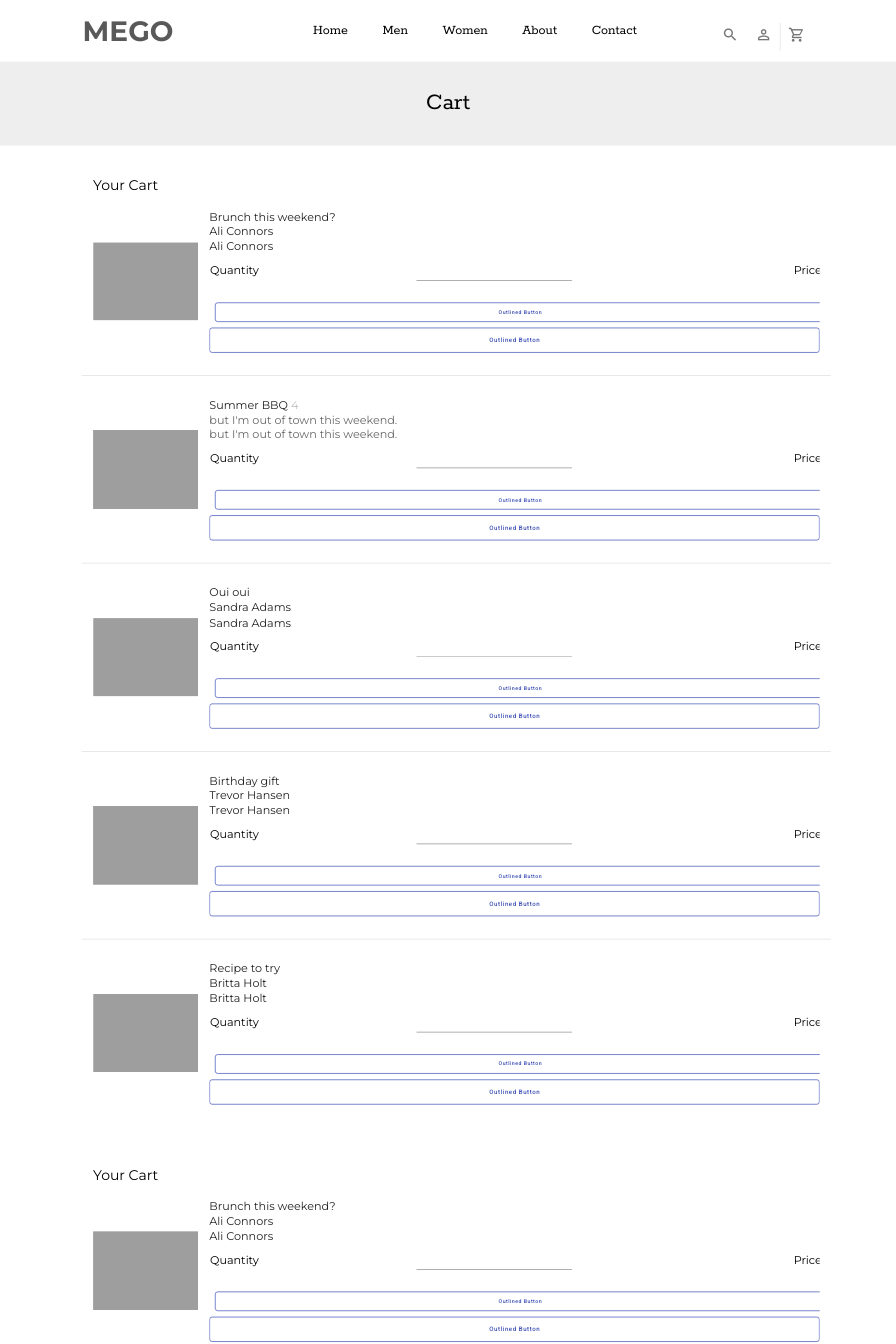
Repository: nguyenphuong152/mego-frontend
Page: /cart (app in frontend/)
An editor plug-in stored every save of this project. The page is shown before and after the next save, followed by the edit.
The browser window is 1280 px wide. The pictures show the part of the page from y = 0 to 1920 px (the page is 3144 px tall before and 3224 px after), at 70% of full size.
Pictures or frames that could not be fetched are drawn as grey boxes. The project was rebuilt for these pictures with package versions that can differ from the ones it lists, and the page was loaded fresh each time. Also part of the build but not shown: frontend/vue.config.js, frontend/src/components/Customer/Collection.vue, frontend/src/components/Customer/Banner.vue, frontend/src/components/Customer/BestSeller.vue, frontend/src/components/Customer/Partner.vue, frontend/src/views/Customer/Home.vue, frontend/src/components/Customer/ProductCategory.vue, frontend/src/components/Customer/ProductView.vue and 10 more. Imported but missing from the stored project, and not drawn on this page: frontend/src/views/Admin/Category.vue, frontend/src/views/Admin/ManageProduct.vue, frontend/src/views/Admin/ManageUser.vue, frontend/src/views/Admin/OrderList.vue.

Above is the page before, as saved 2020-11-26 16:55:14.

### frontend/public/index.html
<!DOCTYPE html>
<html lang="en">
  <head>
    <meta charset="utf-8">
    <head>
      <title>MEGO</title>
    </head>
    <meta http-equiv="X-UA-Compatible" content="IE=edge">
    <meta name="viewport" content="width=device-width,initial-scale=1.0">
    <link rel="icon" href="<%= BASE_URL %>favicon.ico">
    <title><%= htmlWebpackPlugin.options.title %></title>
    <link href="https://fonts.googleapis.com/css?family=Montserrat:300,400,500,600,700" rel="stylesheet">
    <link href="https://fonts.googleapis.com/css?family=Rokkitt:100,300,400,700" rel="stylesheet">
    <link rel="stylesheet" href="https://fonts.googleapis.com/css?family=Roboto:100,300,400,500,700,900">
    <link rel="stylesheet" href="https://cdn.jsdelivr.net/npm/@mdi/font@latest/css/materialdesignicons.min.css">
  </head>
  <body>
    <noscript>
      <strong>We're sorry but <%= htmlWebpackPlugin.options.title %> doesn't work properly without JavaScript enabled. Please enable it to continue.</strong>
    </noscript>
    <div id="app"></div>
    <!-- built files will be auto injected -->
  </body>
</html>

### frontend/src/main.js
import Vue from 'vue'
import App from './App.vue'
import vuetify from './plugins/vuetify';
import router from './router'
import '../sass/style.scss'
import 'bootstrap/dist/css/bootstrap.css'
import 'bootstrap-vue/dist/bootstrap-vue.css'
import { BootstrapVue, IconsPlugin } from 'bootstrap-vue'

Vue.use(BootstrapVue)
// Optionally install the BootstrapVue icon components plugin
Vue.use(IconsPlugin)
Vue.config.productionTip = false

new Vue({
  vuetify,
  router,
  render: h => h(App)
}).$mount('#app')

### frontend/src/App.vue
<template>
  <v-app app>
    <v-container v-if="!['Admin', 'Banner', 'Category','Product','ManageUser','OrderList','Dashboard'].includes($route.name)">
      <Toolbar />
    </v-container>
    <v-main>
      <router-view></router-view>
    </v-main>
      <Footer v-if="!['Admin', 'Banner', 'Category','Product','ManageUser','OrderList','Dashboard'].includes($route.name)"/>
  </v-app>

</template>

<script>

import Footer from "./components/Customer/Footer";
import Toolbar from "./components/Customer/Toolbar";

export default {
  name: "App",

  components: {
    Toolbar,
    Footer
  },

  data: () => ({
    //
  }),
};
</script>

### frontend/src/plugins/vuetify.js
import Vue from 'vue';
import Vuetify from 'vuetify/lib';


Vue.use(Vuetify);

const vuetify = new Vuetify({
    theme: {
      themes: {
        light: {
          primary: '#000',
          secondary: '#b0bec5',
          accent: '#8c9eff',
          error: '#b71c1c',
        },
      },
    },
  })

export default new Vuetify({
    vuetify,
});

### frontend/src/router/index.js
import Vue from "vue";
import VueRouter from "vue-router";
import Home from "../views/Customer/Home.vue";
import Men from "../views/Customer/Men.vue";
import Women from "../views/Customer/Women.vue";
import Admin from "../views/Admin/Admin.vue";
import Product from "../views/Admin/ManageProduct.vue";
import Banner from "../views/Admin/Banner.vue";
import Category from "../views/Admin/Category.vue";
import ManageUser from "../views/Admin/ManageUser.vue";
import OrderList from "../views/Admin/OrderList.vue";
import Dashboard from "../views/Admin/Dashboard.vue"
//import ProductDetail from "../views/ProductDetail.vue"

Vue.use(VueRouter);

const routes = [
  {
    path: "/",
    name: "Home",
    component: Home,
  },
  {
    path: "/men",
    name: "Men",
    component: Men,
  },
  {
    path: "/women",
    name: "Women",
    component: Women,
  },
  {
    path: "/about",
    name: "About",
    // route level code-splitting
    // this generates a separate chunk (about.[hash].js) for this route
    // which is lazy-loaded when the route is visited.
    component: () =>
      import(/* webpackChunkName: "about" */ "../views/Customer/About.vue"),
  },
  {
    path: "/contact",
    name: "Contact",
    component: () =>
      import(/* webpackChunkName: "about" */ "../views/Customer/Contact.vue"),
  },
  {
    path: "/cart",
    name: "Cart",
    component: () =>
      import(/* webpackChunkName: "about" */ "../views/Customer/Cart.vue"),
  },
  {
    path: "/account",
    name: "Account",
    component: () =>
      import(/* webpackChunkName: "about" */ "../views/Customer/Account.vue"),
  },
  {
    path: "/userlogin",
    name: "UserLogin",
    component: () =>
      import(/* webpackChunkName: "about" */ "../views/Customer/UserLogin.vue"),
  },
  {
    path: "/checkout",
    name: "Checkout",
    component: () =>
      import(/* webpackChunkName: "about" */ "../views/Customer/Checkout.vue"),
  },
  {
    path: "/product/:id",
    name: "ProductDetail",
    component: () =>
      import(/* webpackChunkName: "about" */ "../views/Customer/ProductDetail.vue"),
  },
  {
    path: "/admin",
    name: "Admin",
    component: Admin,
    children: [
      {
        path: "/banner",
        name: "Banner",
        component: Banner,
      },
      {
        path: "/category",
        name: "Category",
        component: Category,
      },
      {
        path: "/product",
        name: "Product",
        component: Product,
      },
      {
        path: "/manageuser",
        name: "ManageUser",
        component: ManageUser,
      },
      {
        path: "/orderlist",
        name: "OrderList",
        component: OrderList,
      },
      {
        path: "/dashboard",
        name: "Dashboard",
        component: Dashboard,
      },
    ],
  },
];

const router = new VueRouter({
  mode: "history",
  base: process.env.BASE_URL,
  routes,
});

export default router;

### frontend/sass/style.scss

$font-primary: 'Montserrat',
Arial,
sans-serif;
$font-secondary: 'Rokkitt',
Georgia,
serif;


@import '~vuetify/src/styles/styles.sass';

// Overrides
$grid-gutter-width: 20px !default;
$border-radius-base: 4px !default;
$padding-base-vertical: 14px !default;

$brand-primary: #616161 !default;
$brand-secondary: #88c8bc !default;
$brand-yellow: #FFDD00 !default;
$brand-footer-color: #2C2E3E;

$brand-white: #fff;
$brand-black: #000;
$brand-darker: #444;
$brand-gray: #ccc;
$brand-lighter: #e9e9e9;
$brand-body-color: #e8e8e8;
$brand-selection-color: #f9f6f0;
$brand-overlay-color: #4c4a8a;
$brand-bg-color: $brand-white;

.v-btn {
  text-transform:none !important;
}
// .v-text-field{
//   width: 50px;
//   height: 10px;
// }

#app {
  -webkit-font-smoothing: antialiased;
  -moz-osx-font-smoothing: grayscale;

  text-align: center;
  .container {
    max-width: 1100px;
  }
  font: 300
}

.nav {
  padding-left: 0px;
  a {
    font-size: 20px;
    color: lighten($brand-black,35%);
    font-family: $font-secondary;
    text-decoration: none;
    font-weight: 500;
    &.router-link-exact-active {
      color: #42b983;
    }

  }
}

#logo {
  font-size: 40px;
  font-weight: 700;
  font-family: $font-primary;
  color: lighten($brand-black, 35%);
}


.slogan {
  font-size: 50px;
  color: #2c3e50;
  font-family: $font-secondary;
  text-decoration: none;
}

.title-collection{
  @extend .slogan;
  font-size: 25px;
}


.slogan-3 {
  @extend .slogan;
  font-size: 35px;
}

.title-shoes {
  @extend .slogan;
  font-size: 20px;
}


.footer-text {
  font-family:$font-primary;
  font-size: 16px;
}

.admin {
  font-family: $font-primary;
  font-size:16px;
}

.admin-nav {
  font-family: $font-primary !important;
  font-size: 20px !important;
  color: white !important;
}

### frontend/src/components/Customer/Footer.vue
<template>
  <v-footer class="white" padless>
    <v-row justify="center" no-gutters>
      <v-btn
        v-for="link in links"
        :key="link"
        color="black"
        text
        rounded
        class="my-2 footer-text"
      >
        {{ link }}
      </v-btn>
      <v-col class="white py-4 text-center fluid footer-text" cols="12">
        {{ new Date().getFullYear() }} — <strong>Made with love</strong>
      </v-col>
    </v-row>
  </v-footer>
</template>

<script>
export default {
  data: () => ({
    links: ["Home", "About Us", "Team", "Services", "Blog", "Contact Us"],
  }),
};
</script>

<style></style>

### frontend/src/components/Customer/Toolbar.vue
<template>
  <v-toolbar flat>
    <v-row class="d-flex align-baseline">
      <v-col cols="3" class="d-flex justify-lg-start">
        <v-toolbar-title id="logo">MEGO</v-toolbar-title>
      </v-col>
      <v-col class="d-flex justify-space-around text-start nav">
        <router-link to="/">Home</router-link>
        <router-link to="/men">Men</router-link>
        <router-link to="/women">Women</router-link>
        <router-link to="/about">About</router-link>
        <router-link to="/contact">Contact</router-link>
      </v-col>
      <v-col cols="2" class="d-flex justify-end">
        <v-btn icon>
          <v-icon>mdi-magnify</v-icon>
        </v-btn>
        <v-menu
          open-on-hover
          top
          offset-y
          :position-x="960"
          :position-y="230"
          absolute
        >
          <template v-slot:activator="{ on, attrs }">
            <v-btn icon v-bind="attrs" v-on="on">
              <v-icon>mdi-account-outline</v-icon>
            </v-btn>
          </template>

          <v-list class="text-start nav">
            <v-list-item v-for="(item, index) in routes" :key="index" :to="item.path">
              <v-list-item-title>{{ item.name }}</v-list-item-title>
            </v-list-item>
          </v-list>
        </v-menu>
        <v-divider vertical inset></v-divider>
        <v-btn icon @click="goToCart">
          <v-icon>mdi-cart-outline</v-icon>
        </v-btn>
      </v-col>
    </v-row>
  </v-toolbar>
</template>

<script>
export default {
  data: () => ({
    routes: [
      {
        path:"/checkout",
        name:"Check Out"
       },
       {
        path:"/account",
        name:"My Account"
       },
       {
        path:"/userlogin",
        name:"User Login"
       },

    ],
  }),
  methods: {
     goToCart: function() {
     this.$router.push({name: 'Cart'})
     }
  }
};
</script>

<style></style>

### frontend/src/views/Customer/Cart.vue
<template>
  <div class="cart app">
   <v-sheet color="grey lighten-3" height="120">
      <v-container py-8>
        <a class="slogan-3">Cart</a>
      </v-container>
    </v-sheet>
     <div>
       <v-container>
 <v-row>
         <v-col>
<totalProducts/>
         </v-col>
   <v-col>
<totalProducts/>
         </v-col>
       </v-row>
       </v-container>

  </div>
  </div>
</template>

<script>

import totalProducts from '../../components/Customer/TotalProducts'


export default {
  components: {totalProducts},
   data () {

   }
}
</script>

### frontend/src/components/Customer/TotalProducts.vue
<template>
  <v-container class="app">
    <v-list three-line>
      <template v-for="(item, index) in items">
        <v-subheader
          class="admin-nav black--text"
          v-if="item.header"
          :key="item.header"
          v-text="item.header"
        ></v-subheader>

        <v-divider v-else-if="item.divider" :key="index"></v-divider>

        <v-list-item v-else :key="item.title">
          <v-img :src="item.avatar" max-height="150" max-width="150"></v-img>
          <v-list-item-content class="text-start ml-4">
            <v-list-item-title
              v-html="item.title"
              class="admin"
            ></v-list-item-title>
            <v-list-item-subtitle
              class="admin"
              v-html="item.subtitle"
            ></v-list-item-subtitle>
            <v-list-item-subtitle
              class="admin"
              v-html="item.subtitle"
            ></v-list-item-subtitle>
            <v-row class="pl-4 d-flex align-center">
              <v-col class="pa-0 admin " cols="4">
                <a>Quantity</a>
              </v-col>
              <v-col class="pa-0 admin" cols="3">
                <v-text-field single-line></v-text-field>
              </v-col>
              <v-col class="text-end admin">
                <a> Price</a>
              </v-col>
            </v-row>
            <v-btn  small class="ma-2" outlined color="indigo">
              Outlined Button
            </v-btn>
            <v-btn smallclass="ma-2" outlined color="indigo">
              Outlined Button
            </v-btn>
          </v-list-item-content>
        </v-list-item>
      </template>
    </v-list>
  </v-container>
</template>

<script>
export default {
  data: () => ({
    items: [
      { header: "Your Cart" },
      {
        avatar: "https://cdn.vuetifyjs.com/images/lists/1.jpg",
        title: "Brunch this weekend?",
        subtitle: `<span class="text--primary">Ali Connors</span>`,
      },
      { divider: true, inset: true },
      {
        avatar: "https://cdn.vuetifyjs.com/images/lists/2.jpg",
        title: 'Summer BBQ <span class="grey--text text--lighten-1">4</span>',
        subtitle: `but I'm out of town this weekend.`,
      },
      { divider: true, inset: true },
      {
        avatar: "https://cdn.vuetifyjs.com/images/lists/3.jpg",
        title: "Oui oui",
        subtitle: '<span class="text--primary">Sandra Adams</span> ',
      },
      { divider: true, inset: true },
      {
        avatar: "https://cdn.vuetifyjs.com/images/lists/4.jpg",
        title: "Birthday gift",
        subtitle: '<span class="text--primary">Trevor Hansen</span> ',
      },
      { divider: true, inset: true },
      {
        avatar: "https://cdn.vuetifyjs.com/images/lists/5.jpg",
        title: "Recipe to try",
        subtitle: '<span class="text--primary">Britta Holt</span>',
      },
    ],
    size: ["Foo", "Bar", "Fizz", "Buzz"],
  }),
};
</script>

<style></style>

After the next save:
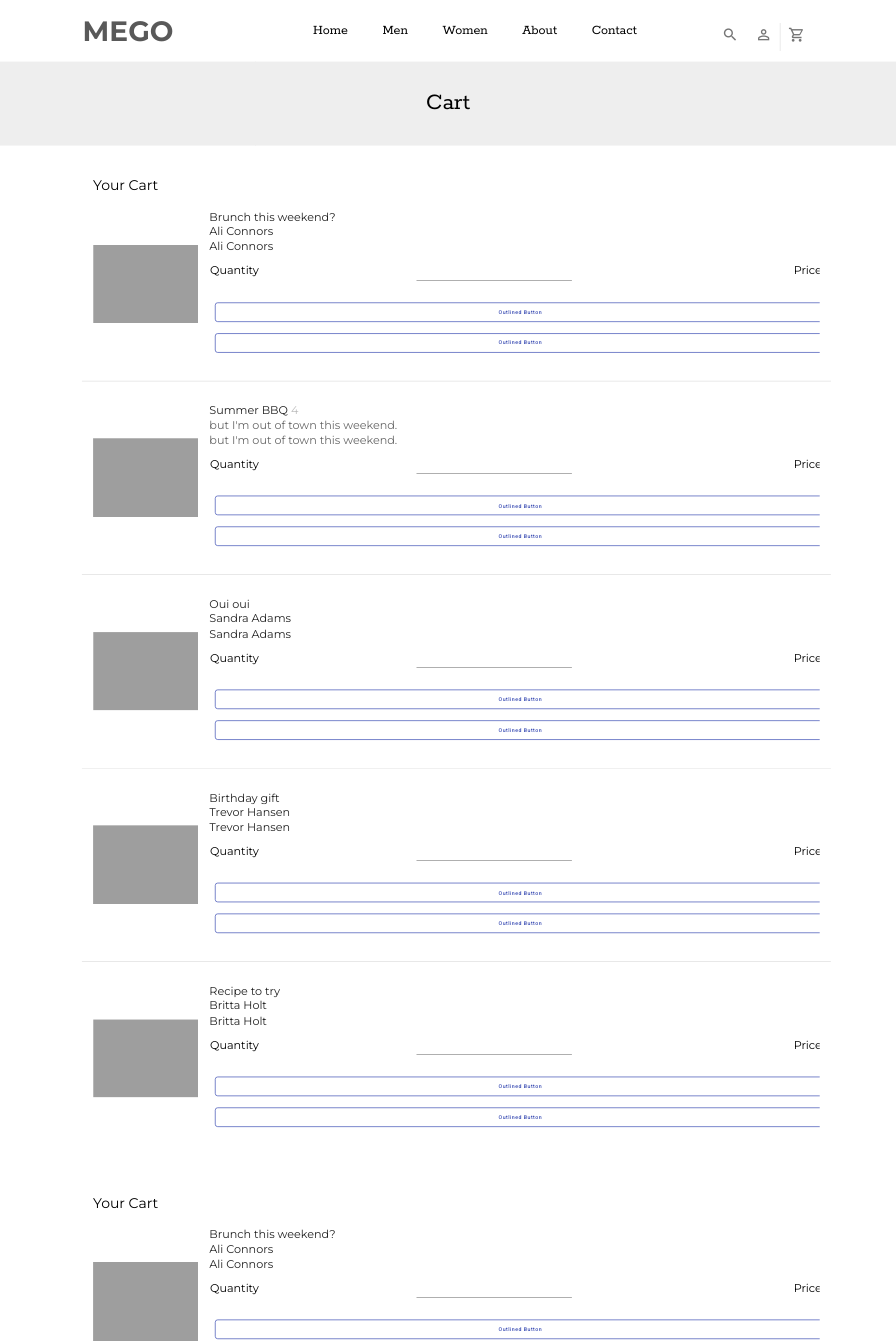
Saved 1 s later.
--- a/frontend/src/components/Customer/TotalProducts.vue
+++ b/frontend/src/components/Customer/TotalProducts.vue
@@ -40,7 +40,7 @@
             <v-btn  small class="ma-2" outlined color="indigo">
               Outlined Button
             </v-btn>
-            <v-btn smallclass="ma-2" outlined color="indigo">
+            <v-btn small class="ma-2" outlined color="indigo">
               Outlined Button
             </v-btn>
           </v-list-item-content>
